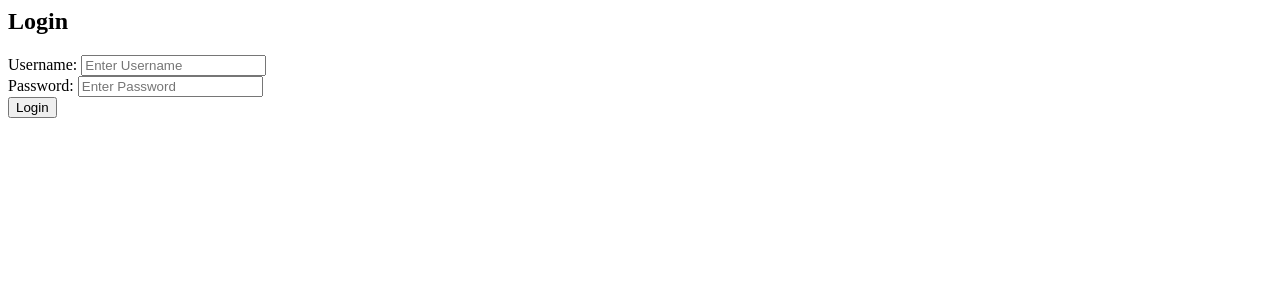
Repository: Hrithik25/Network-Labs
Page: http://localhost/mvcthree/
An editor plug-in stored every save of this project. The page is shown before and after the next save, followed by the edit.
The browser window is 1280 px wide. The pictures show the whole page.
The page is served by Tomcat 9.

Above is the page before, as saved 2022-08-19 09:26:18.

After the next save:
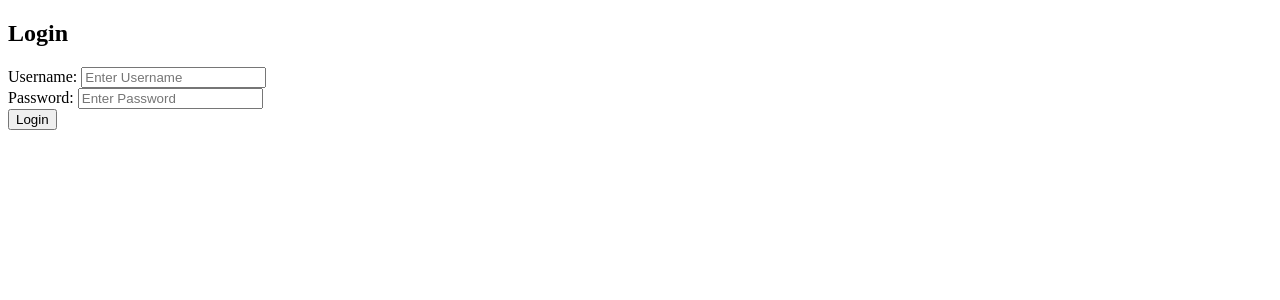
Saved 92 s later.
--- a/Lab Web/mvcthree/src/main/webapp/index.jsp
+++ b/Lab Web/mvcthree/src/main/webapp/index.jsp
@@ -1,4 +1,11 @@
+<%@ page language="java" contentType="text/html; charset=ISO-8859-1"
+    pageEncoding="ISO-8859-1"%>
+<!DOCTYPE html>
 <html>
+<head>
+<meta charset="ISO-8859-1">
+<title>Login</title>
+</head>
 <body>
 <h2>Login</h2>
 <form action="home" method="post">
